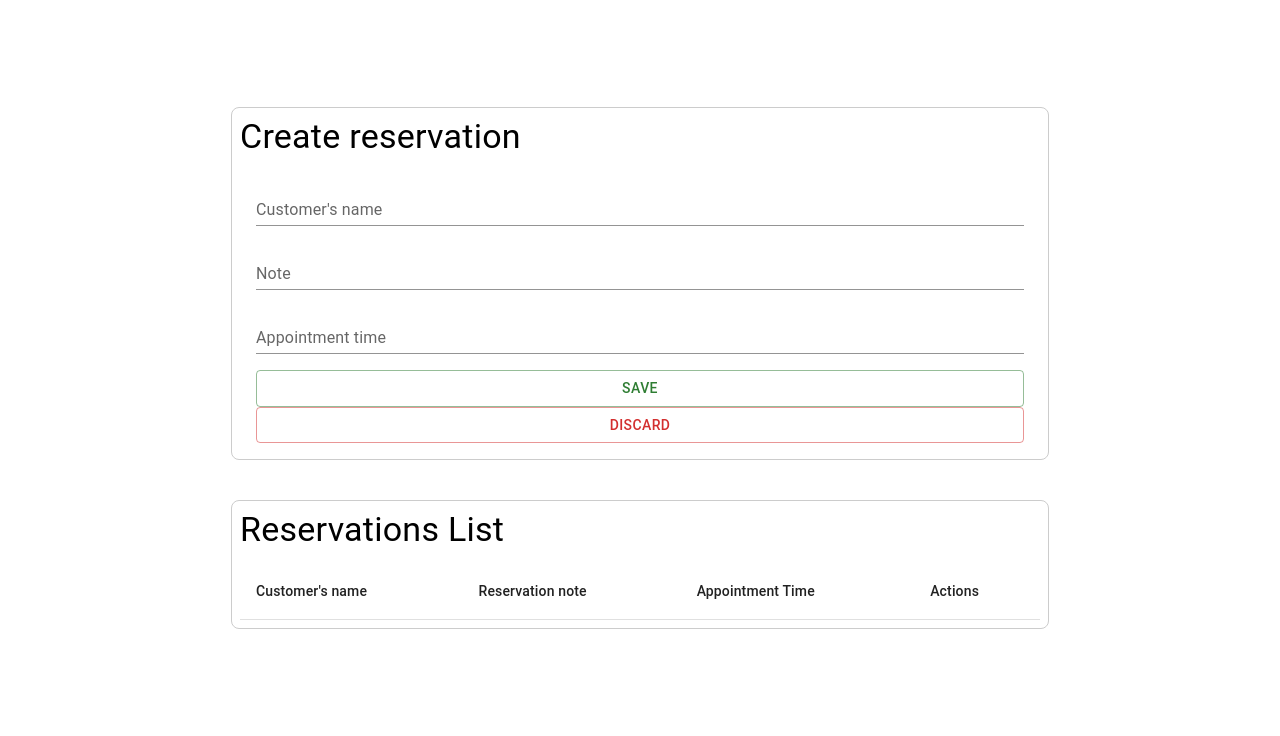
Repository: dovix58/PSP
Page: /beauty (app in frontEnd/)
These files come from the project's save history. The page is drawn as it stood at one moment and after the next save; the edit follows.
The browser window is 1280 px wide. The pictures show the whole page.
The page's requests for data from a server got no answer. The project was rebuilt for these pictures with package versions that can differ from the ones it lists, and the page was loaded fresh each time. No one was signed in, and anything a server would have sent is missing. Also part of the build but not shown: frontEnd/vite.config.ts, frontEnd/src/LandingPage.tsx, frontEnd/src/api/productAPI.ts, frontEnd/src/CreateOrder.tsx, frontEnd/src/api/OrderApi.ts, frontEnd/src/PaymentModal.tsx, frontEnd/src/OrderList.tsx, frontEnd/src/Styles.ts and 3 more.

Above is the page before, as saved 2024-12-19 13:48:42.

After the next save:
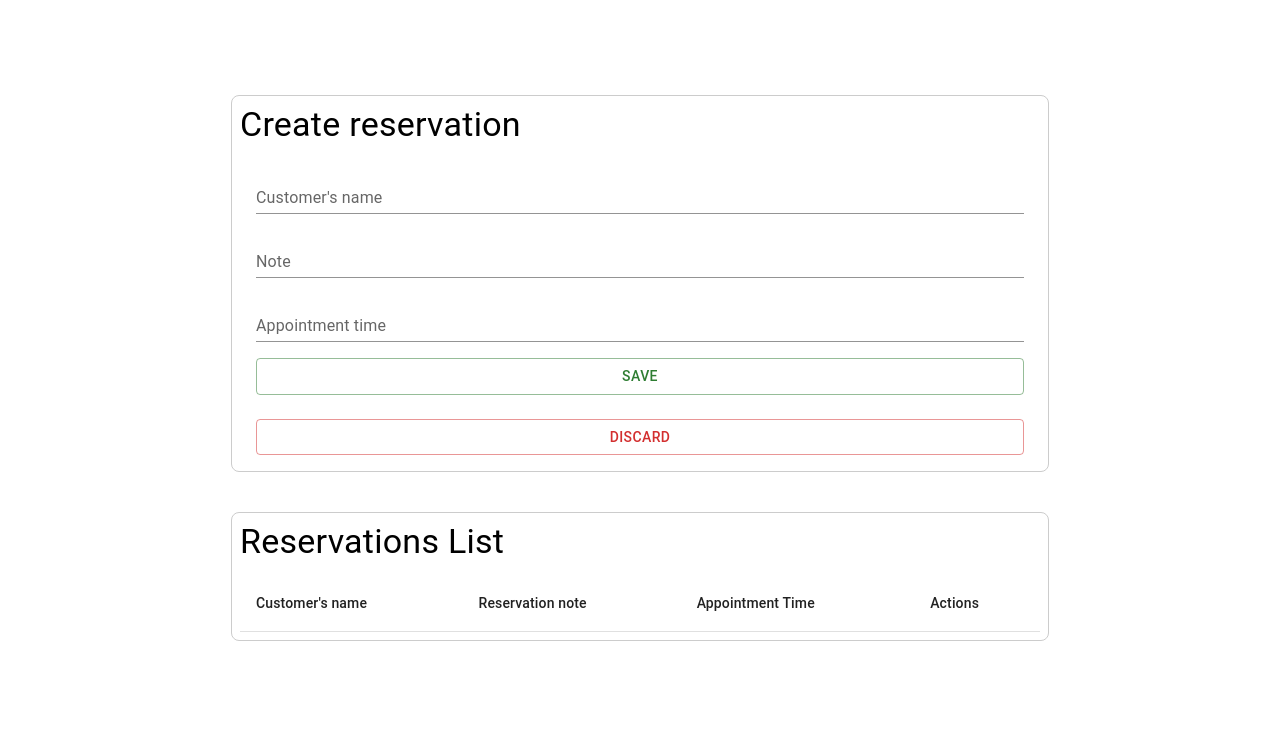
Saved 5 s later.
--- a/frontEnd/src/CreateReservation.tsx
+++ b/frontEnd/src/CreateReservation.tsx
@@ -23,7 +23,7 @@
             <TextField id="name" label="Customer's name" variant="standard" />
             <TextField id="note" label="Note" variant="standard" />
             <TextField id="time" label="Appointment time" variant="standard" />
-            <Stack dierction="row">
+            <Stack dierction="row" spacing={3}>
               <Button variant="outlined" color="success">
                 Save
               </Button>

After the 2 saves that followed:
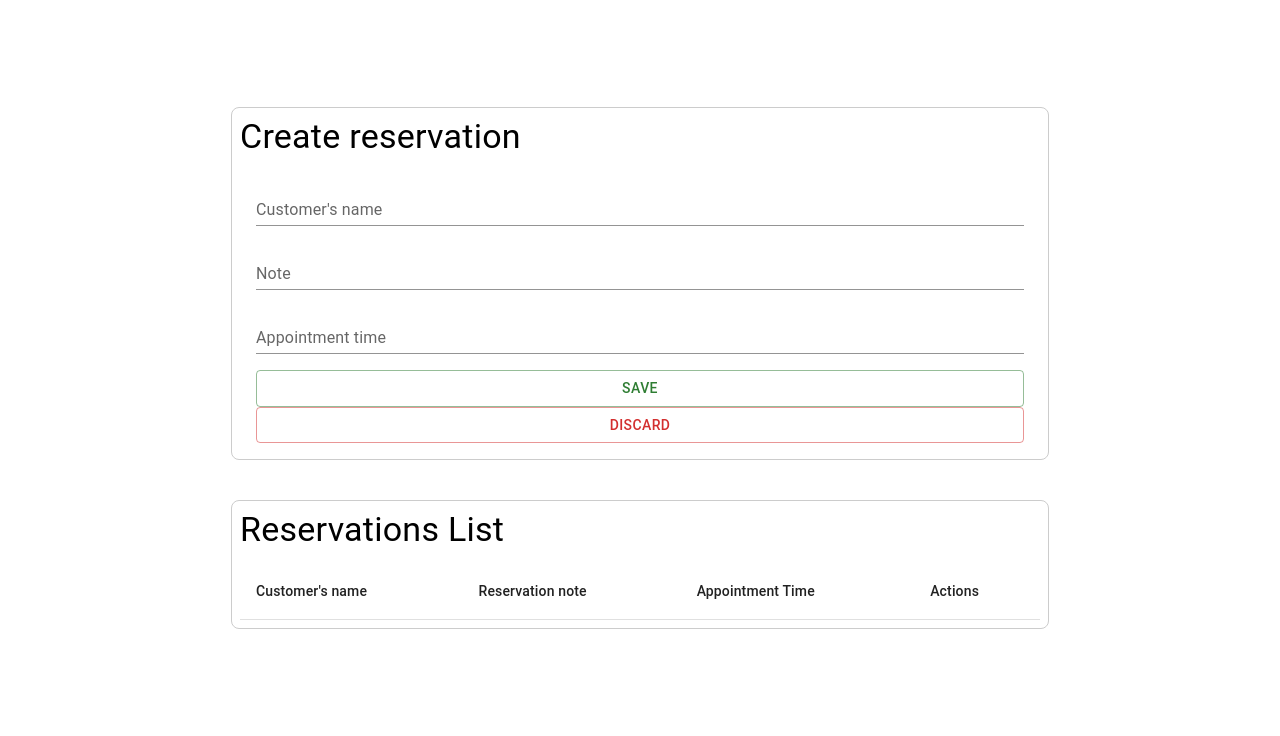
The 2 saves are shown as one change because 1 did not build or start.
The last was saved 22 s later.
--- a/frontEnd/src/CreateReservation.tsx
+++ b/frontEnd/src/CreateReservation.tsx
@@ -23,7 +23,7 @@
             <TextField id="name" label="Customer's name" variant="standard" />
             <TextField id="note" label="Note" variant="standard" />
             <TextField id="time" label="Appointment time" variant="standard" />
-            <Stack dierction="row" spacing={3}>
+            <Stack dierction="row">
               <Button variant="outlined" color="success">
                 Save
               </Button>
